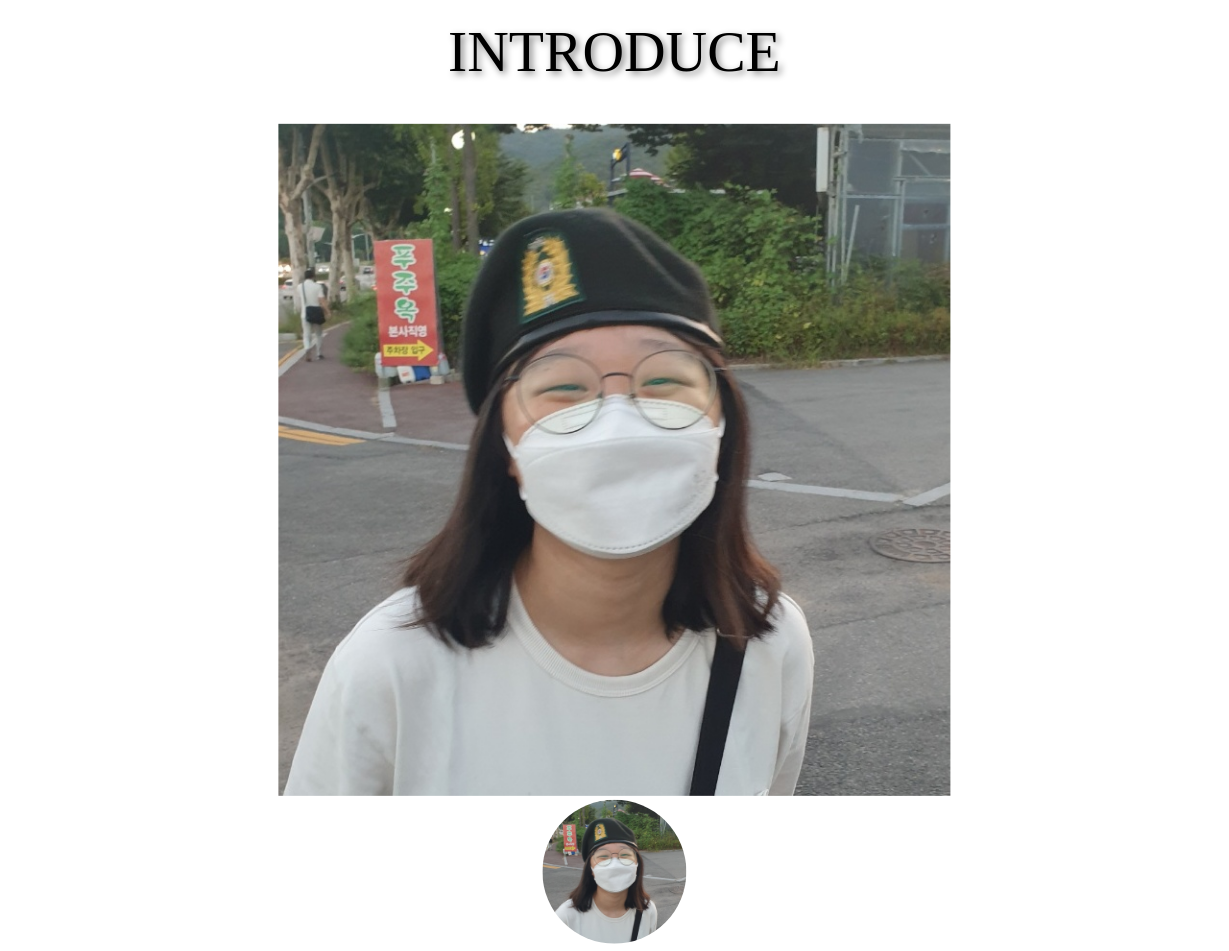
Repository: papav-hub/Web_Study
Page: ChoiHyeMin_reg/src/main/webapp/introduce.html
An editor plug-in stored every save of this project. The page is shown before and after the next save, followed by the edit.
The browser window is 1280 px wide. The pictures show the whole page, at 96% of full size.

Above is the page before, as saved 2021-10-03 18:55:00.

### ChoiHyeMin_reg/src/main/webapp/introduce.html
<!DOCTYPE html>
<html>

<head>
	<meta charset="UTF-8">
	<title>Web Service ProgrammingHomework</title>
	<link rel="stylesheet" href="resources/register.css" type="text/css"></link>
</head>

<body>
	<header> INTRODUCE </header>


	<div class="profile-user-img">
          <img src="resources/ChoiHyeMin01.jpg" alt="profile-user-img" class="profile-user-img-img">
 	</div>


 	<div class="box" style="background: #BDBDBD;">
    <img class="profile" src="resources/ChoiHyeMin01.jpg">
</div>




</body>
</html>

### ChoiHyeMin_reg/src/main/webapp/resources/register.css
@charset "UTF-8";

	header
	{
		margin:20px 10px 40px 10px;
		font-family:"FreeStyle Script", "Mistral";
		font-size:60px;
		text-shadow:3px 3px 8px gray;
		text-align:center;
	}


	body
	{
		color:black;
		font-family:'맑은 고딕', '돋움', '고딕';
	}


	div
	{
		margin-left:auto;
		margin-right:auto;
		width:70%;
		text-align:center;
	}


	ul
	{
		list-style:none;
		text-align:left;
		background-color:#FDF2EE;
		margin-left:20px;
		margin-right:20px;
		padding-top:20px;
		padding-bottom:20px;
	}


	#sect
	{
		background-color:#FDF2EE;
		text-align:center;
		margin:20px;
		padding:20px;
	}


	a
	{
		text-decoration:underline;
		color:#0000a0;
	}


	table
	{
		border-collapse:collapse;
		width:100%
	}


	th
	{
		border:1px solid lightgray;
		padding:5px;
		width:30%
	}


	td
	{
		border:1px solid lightgray;
		padding:5px;
		width:70%;
	}


.box {
    width: 150px;
    height: 150px;
    border-radius: 70%;
    overflow: hidden;
}
.profile {
    width: 100%;
    height: 100%;
    object-fit: cover;
}

After the next save:
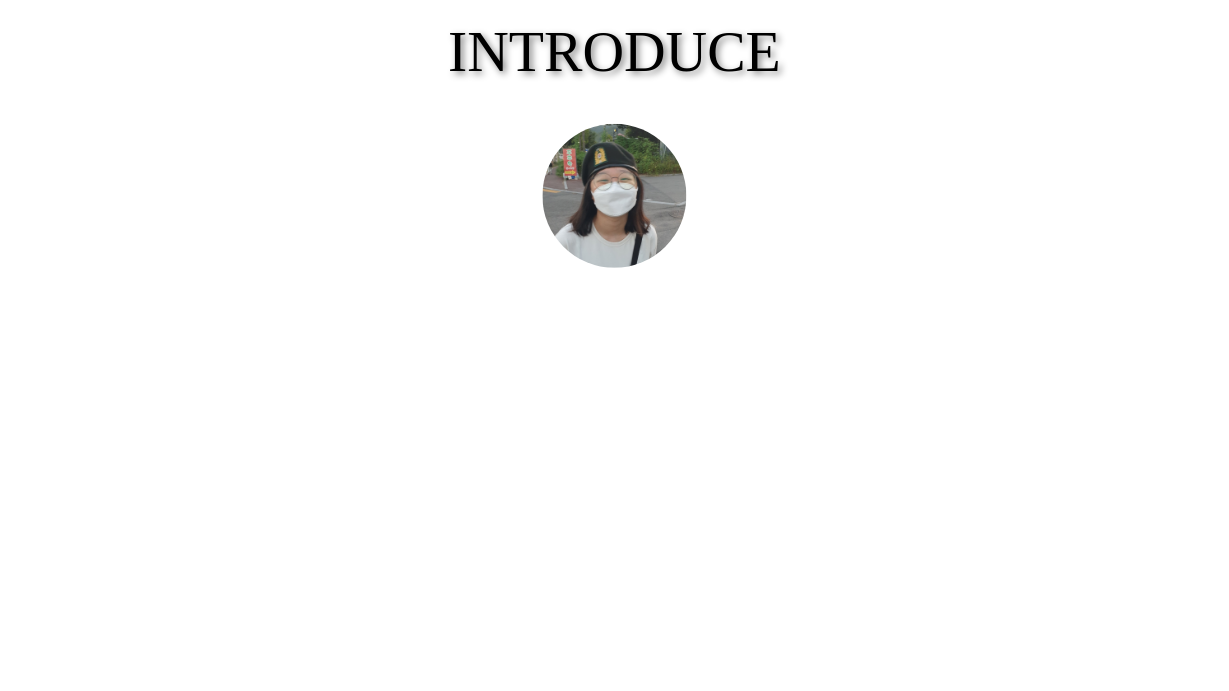
Saved 3 s later.
--- a/ChoiHyeMin_reg/src/main/webapp/introduce.html
+++ b/ChoiHyeMin_reg/src/main/webapp/introduce.html
@@ -11,14 +11,9 @@
 	<header> INTRODUCE </header>
 
 
-	<div class="profile-user-img">
-          <img src="resources/ChoiHyeMin01.jpg" alt="profile-user-img" class="profile-user-img-img">
- 	</div>
-
-
  	<div class="box" style="background: #BDBDBD;">
     <img class="profile" src="resources/ChoiHyeMin01.jpg">
-</div>
+	</div>
 
 
 
